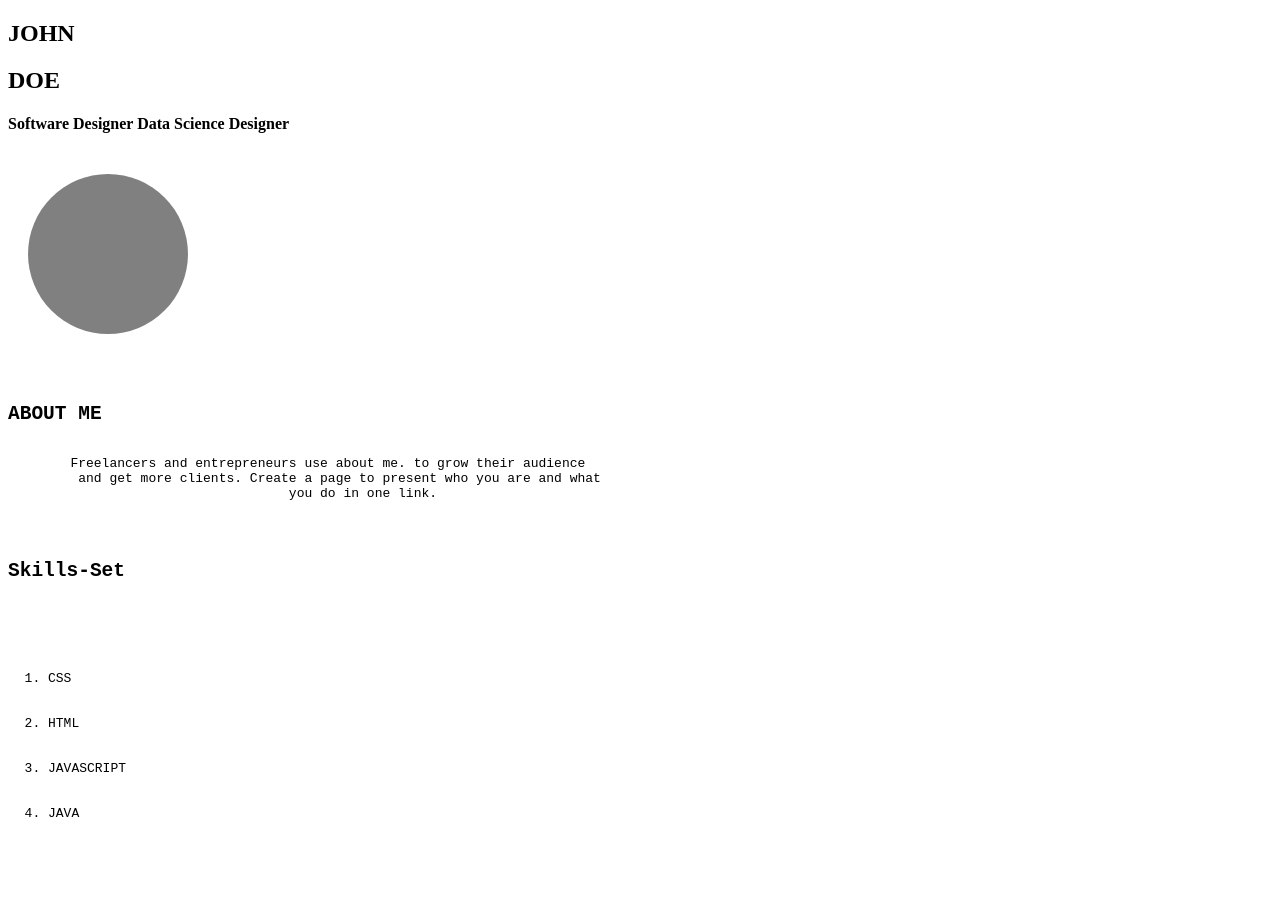
Repository: mrjayajay/week-1-code-challenges
Page: nasir/index.html
An editor plug-in stored every save of this project. The page is shown before and after the next save, followed by the edit.
The browser window is 1280 px wide. The pictures show the whole page.

Above is the page before, as saved 2024-03-07 19:47:53.

After the next save:
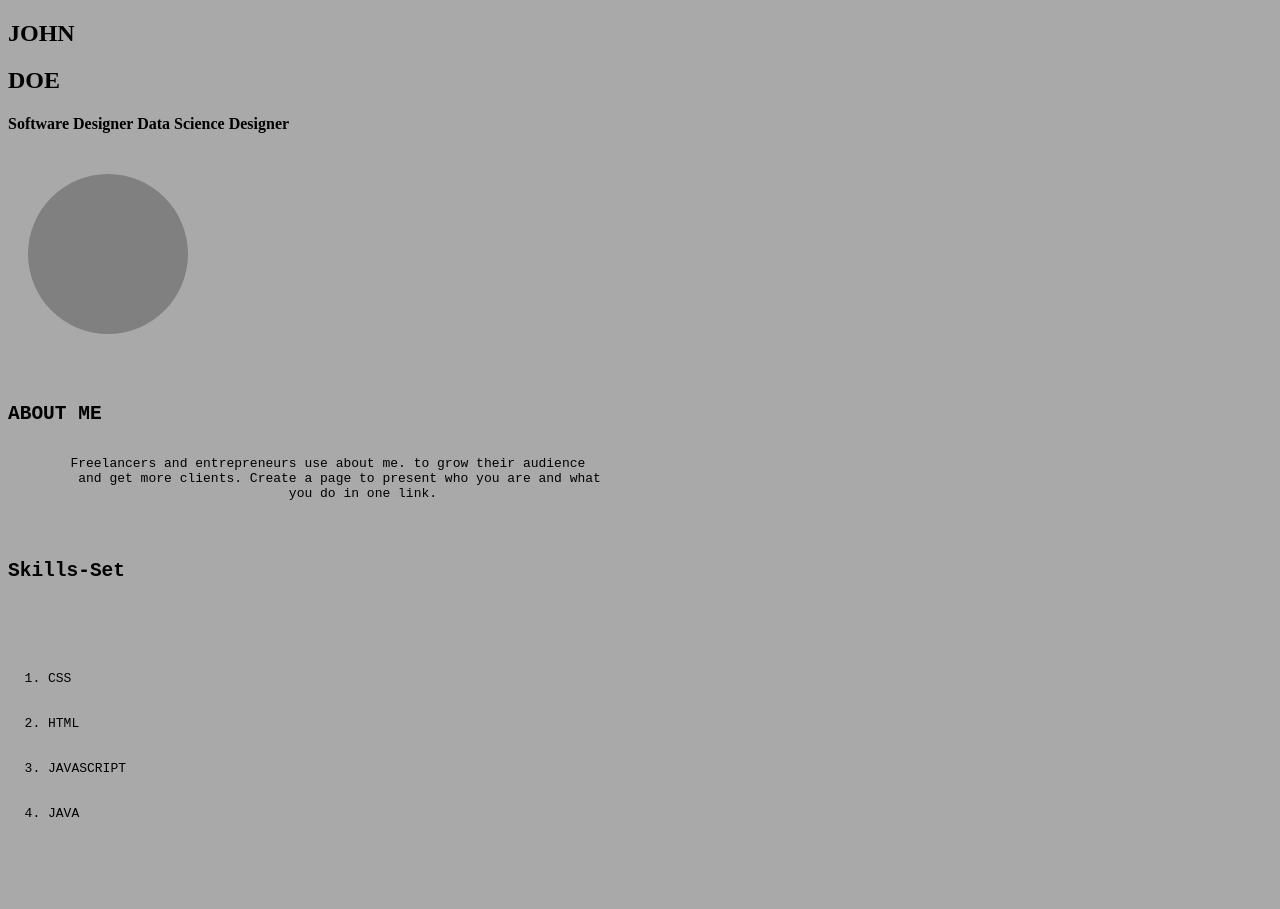
Saved 73 s later.
--- a/nasir/index.html
+++ b/nasir/index.html
@@ -4,6 +4,7 @@
     <meta charset="UTF-8">
     <meta name="viewport" content="width=device-width, initial-scale=1.0">
     <title>Assignment</title>
+    <link rel="stylesheet" href="./style.css">
 </head>
 <body>
     <h2>JOHN</h2>
